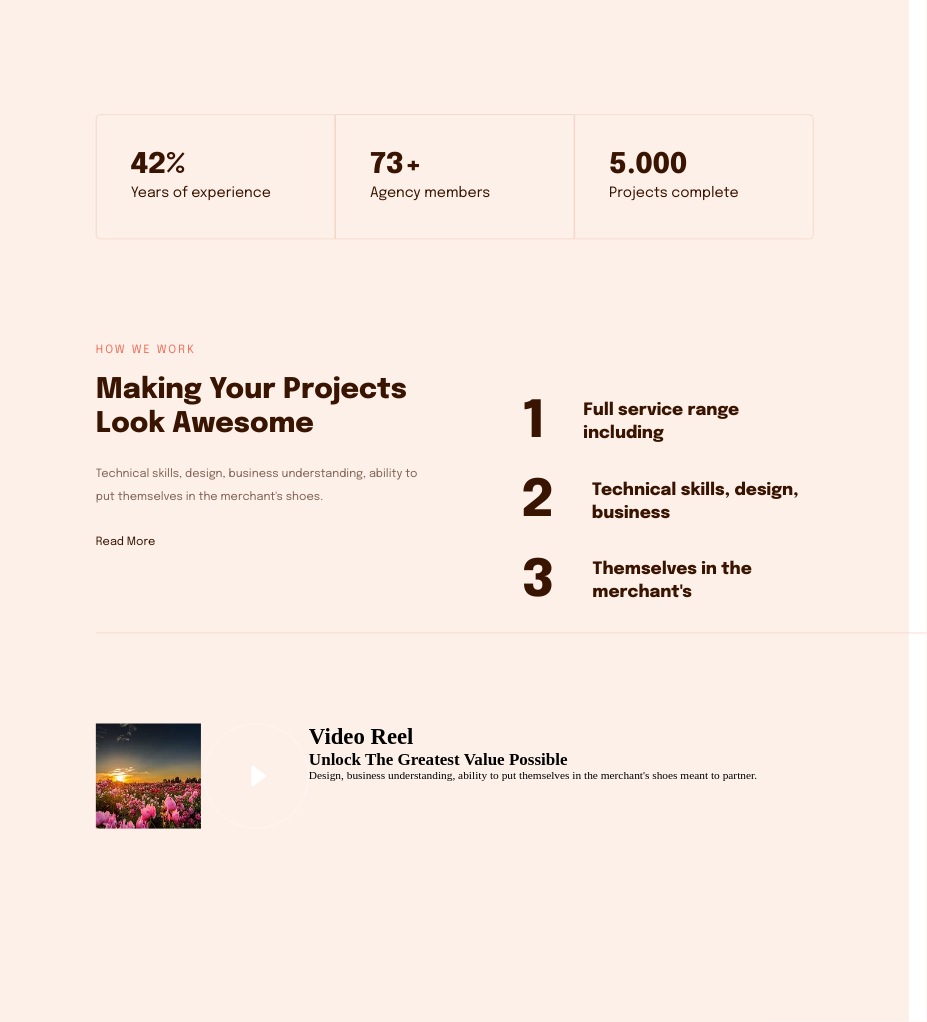
Repository: AytacJafarova/task2
Page: index.html
These files come from the project's save history. The page is drawn as it stood at one moment and after the next save; the edit follows.
The browser window is 1280 px wide. The page is 1305 px wide, so the pictures cover 1305 px, including what lies to the right of the window. The pictures show the whole page, at 71% of full size.

Above is the page before, as saved 2023-08-01 14:26:47.

### index.html
<!DOCTYPE html>
<html lang="en">

<head>
    <meta charset="UTF-8">
    <meta name="viewport" content="width=device-width, initial-scale=1.0">
    <title>Document</title>
    <link rel="stylesheet" href="./index.css">
</head>

<body>
    <div class="container">
        <div class="projects">
            <ul>
                <li>

                    <h1>42%</h1>
                    <p>Years of experience</p>
                </li>
                <li>
                    <h1>73+</h1>
                    <p>Agency members</p>
                </li>
                <li>
                    <h1>5.000</h1>
                    <p>Projects complete</p>
                </li>
            </ul>
        </div>
        <div class="work">
            <div class="box1">
                <h1>How we work</h1>
                <h2>Making Your Projects <br> Look Awesome</h2>
                <p>Technical skills, design, business understanding, ability to put themselves in the
                    merchant's shoes.</p>
                <a href="#">Read More</a>
            </div>
            <div class="box2">
                <ul>
                    <li>
                        <h1>1</h1>
                        <p>Full service range including</p>
                    </li>
                    <li>
                        <h1>2</h1>
                        <p>Technical skills, design, business</p>
                    </li>
                    <li>
                        <h1>3</h1>
                        <p>Themselves in the merchant's</p>
                    </li>
                </ul>
            </div>
        </div>
        <div class="border"></div>
        <div class="video">
            <div class="video-img">
                <img class="first" src="./images/images.jpg" alt="">
                <img src="./images/play.svg" alt="">
            </div>
            <div class="texts">
                <h1>Video Reel</h1>
                <h2>Unlock The Greatest Value Possible</h2>
                <p>Design, business understanding, ability to put themselves in the merchant's shoes meant to partner.
                </p>
            </div>
        </div>
    </div>
</body>

</html>

### index.css
@import url("https://fonts.googleapis.com/css2?family=Epilogue:wght@400;800&display=swap");
* {
  padding: 0;
  margin: 0;
  box-sizing: border-box;
}
.container {
  padding: 161px 134px 268px 135px;
  background: #fdf0e9;
}
.projects ul {
  display: flex;
  /* border-radius: 6px 0px 0px 6px; */
}
.projects ul li {
  display: flex;
  flex-direction: column;
  justify-content: center;
  list-style-type: none;
  border: 1px solid #f3d1bf;
  width: 33.33%;
  height: 176px;
  padding-left: 48px;
}
.projects li:first-child {
  border-radius: 6px 0px 0px 6px;
}
.projects li:last-child {
  border-radius: 0px 6px 6px 0px;
}

.projects ul li h1 {
  color: var(--text-dark, #391400);
  font-feature-settings: "clig" off, "liga" off;
  font-family: Epilogue;
  font-size: 40px;
  font-style: normal;
  font-weight: 800;
  line-height: 48px;
}
.projects ul li p {
  color: var(--text-dark, #391400);
  font-feature-settings: "clig" off, "liga" off;
  font-family: Epilogue;
  font-size: 20px;
  font-style: normal;
  font-weight: 400;
  line-height: 32px;
}
.work {
  display: flex;
  margin-top: 140px;
}
.box1 h1 {
  color: var(--text-dark-accent, #ef6d58);
  font-feature-settings: "clig" off, "liga" off;
  font-family: Epilogue;
  font-size: 16px;
  font-style: normal;
  font-weight: 400;
  line-height: 32px;
  letter-spacing: 3px;
  text-transform: uppercase;
  margin-bottom: 17px;
}
.box1 h2 {
  color: var(--text-dark, #391400);
  font-feature-settings: "clig" off, "liga" off;
  font-family: Epilogue;
  font-size: 40px;
  font-style: normal;
  font-weight: 800;
  line-height: 48px;
  margin-bottom: 30px;
}
.box1 p {
  width: 470px;
  height: 68px;
  flex-shrink: 0;
  color: var(--text-dark-gray, rgba(57, 20, 0, 0.64));
  font-feature-settings: "clig" off, "liga" off;
  font-family: Epilogue;
  font-size: 16px;
  font-style: normal;
  font-weight: 400;
  line-height: 32px;
  margin-bottom: 28px;
}
.box1 a {
  color: var(--text-dark, #391400);
  font-feature-settings: "clig" off, "liga" off;
  font-family: Epilogue;
  font-size: 16px;
  font-style: normal;
  font-weight: 400;
  line-height: 32px;
  text-decoration: none;
}
.box2 {
  display: flex;
  margin-left: 130px;
  margin-top: 78px;
}
.box2 ul li {
  display: flex;
  align-items: center;
  list-style-type: none;
  margin-bottom: 32px;
}
.box2 ul li h1 {
  margin-right: 55px;
  color: #391400;
  font-feature-settings: "clig" off, "liga" off;
  font-family: Epilogue;
  font-size: 72px;
  font-style: normal;
  font-weight: 800;
  line-height: 80px;
  letter-spacing: -2px;
}
.box2 ul li p {
  color: var(--text-dark, #391400);
  font-feature-settings: "clig" off, "liga" off;
  font-family: Epilogue;
  font-size: 24px;
  font-style: normal;
  font-weight: 700;
  line-height: 32px;
}
.border {
  width: 1170px;
  height: 1px;
  flex-shrink: 0;
  background: #f3d1bf;
}
.video {
  display: flex;
  margin-top: 127px;
}
.video .texts
.video .video-img .first {
  width: 570px;
  height: 368px;
  flex-shrink: 0;
  border-radius: 6px;
  opacity: 0.318057119846344;
  background: #5c2000;
}
.video .video-img img {
  width: 148px;
  height: 148px;
  flex-shrink: 0;
  color: FFFFF;
  margin-bottom: 0;
  /* position: absolute; */
}
.video-img {
  /* position: relative; */
}

After the next save:
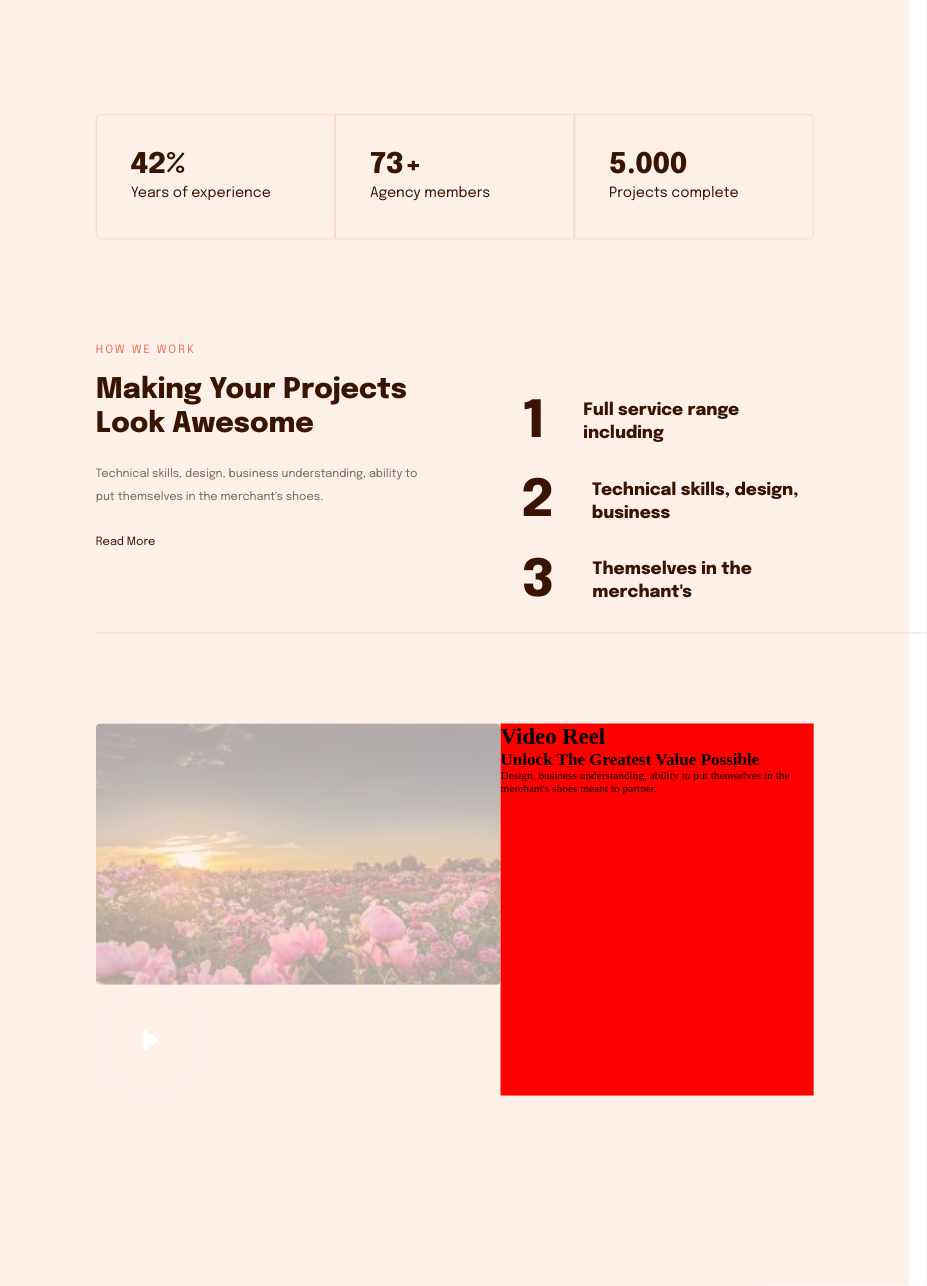
Saved 4 s later.
--- a/index.css
+++ b/index.css
@@ -137,7 +137,9 @@
   display: flex;
   margin-top: 127px;
 }
-.video .texts
+.video .texts{
+    background-color: red;
+}
 .video .video-img .first {
   width: 570px;
   height: 368px;
